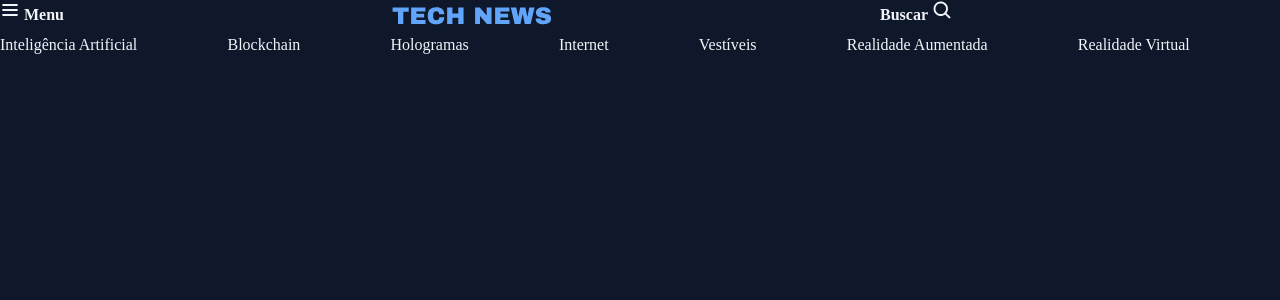
Repository: JeffRodFer/portalDeNoticias
Page: index.html
These files come from the project's save history. The page is drawn as it stood at one moment and after the next save; the edit follows.
The browser window is 1280 px wide. The pictures show the whole page.

Above is the page before, as saved 2025-03-24 21:41:58.

### index.html
<!DOCTYPE html>
<html lang="pt-BR">
  <head>
    <link rel="preconnect" href="https://fonts.googleapis.com">
  <link rel="preconnect" href="https://fonts.gstatic.com" crossorigin>
  <meta charset="UTF-8">
  <meta name="viewport" content="width=device-width, initial-scale=1.0">
  <title>Portal de Notícias</title>
  <link rel="stylesheet" href="styles/index.css">

  <link href="https://fonts.googleapis.com/css2?family=Archivo:ital,wght@0,100..900;1,100..900&family=Bree+Serif&family=Poppins:wght@400;700&display=swap" rel="stylesheet">

</head>
<body>
  <header>
    <nav id="primary" class="grid grid-flow-col">
      <div>
        <img src="assets/icons/List.svg" alt="ícone de menu">
        <strong>Menu</strong>
      </div>
        <div>
          <img src="assets/Logo (1).svg" alt="TechNews logo">
        </div>
        <div>
          <strong>Buscar</strong>
          <img src="assets/icons/MagnifyingGlass.svg" alt="ícone de lupa para pesquisa">
        </div>
    </nav>
    <nav id="secondary" class="grid grid-flow-col">
      <a href="#">Inteligência Artificial</a>
      <a href="#">Blockchain</a>
      <a href="#">Hologramas</a>
      <a href="#">Internet</a>
      <a href="#">Vestíveis</a>
      <a href="#">Realidade Aumentada</a>
      <a href="#">Realidade Virtual</a>
    </nav>
  </header>
</body>
</html>

### styles/global.css
* {
  margin: 0;
  padding: 0;
  box-sizing: border-box;
}

:root {
  --brand-color-light: #60a5fa ;
  --brand-color-dark: #1d4ed8;
  --bg-color: #0f172a;
  --stroke-color: #1e293b;
  --text-color-primary: #f1f5f9;
  --text-color-secondary: #cbd5e1;

  --fonte-family: 'Archivo', sans-serif;
  --h1: 800 24px/135% var(--font-family);
  --h2: 800 16px/140% var(--font-family);
  --h3: 800 14px/140% var(--font-family);
  --text-span: 400 16px/140% var(--font-family);
  --text: 400 14px/160% var(--font-family);

}

body {
  font: var(--text);
  color: var(--text-color-primary);
  background-color: var(--bg-color);
}

a {
  text-decoration: none;
  color: inherit;
}

a:hover {
  color: var(--brand-color-light);
}

h1,h2,h3 {
  font:inherit;
}
/* utility-first */
.grid {
  display: grid;
}
.grid-flow-col {
  grid-auto-flow: column;
}

### styles/header.css
#primary {
  padding-block: ;
}

Loaded but not shown: styles/index.css (common file)

After the next save:
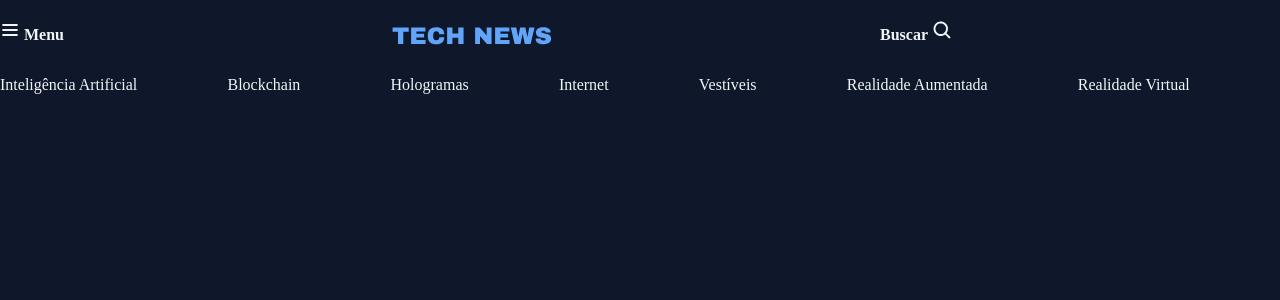
Saved 7 s later.
--- a/styles/header.css
+++ b/styles/header.css
@@ -1,3 +1,3 @@
 #primary {
-  padding-block: ;
+  padding-block: 20px;
 }
